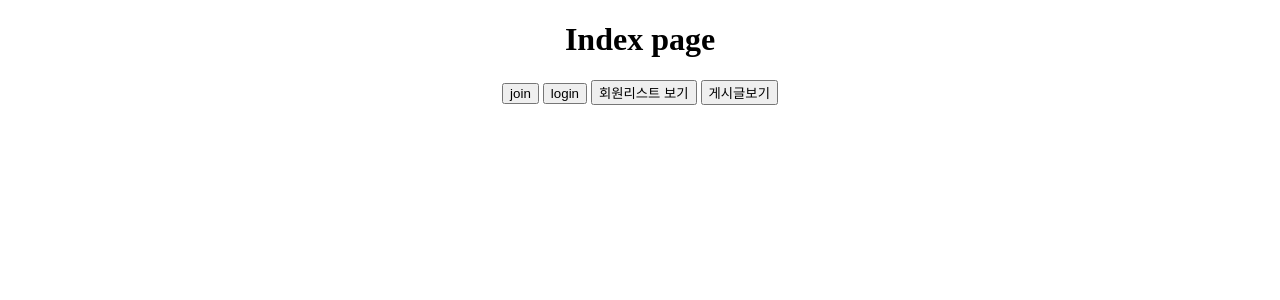
Repository: WoodongMaster/JSP_Workspace
Page: http://localhost/jsp_project/mem/login_auth
An editor plug-in stored every save of this project. The page is shown before and after the next save, followed by the edit.
The browser window is 1280 px wide. The pictures show the whole page.
The page is served by Tomcat 9. Queries for data that is not in the repository find no rows.

Above is the page before, as saved 2023-05-17 05:57:16.

After the next save:
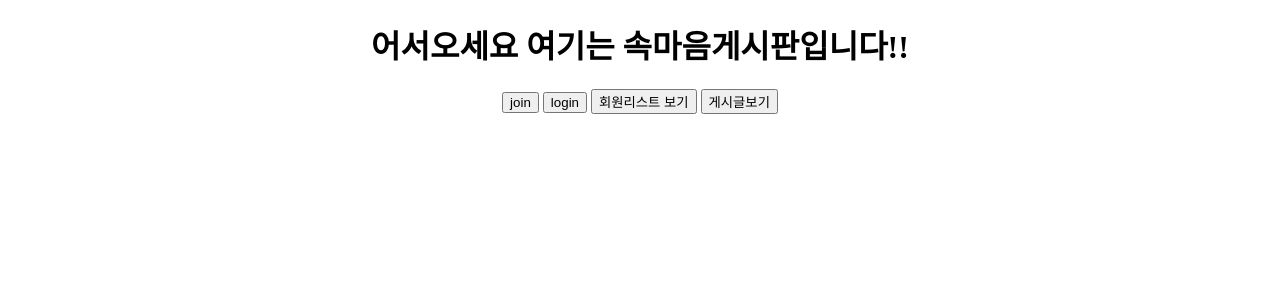
Saved 5 min 20 s later.
--- a/jsp_project3/jsp_project/src/main/webapp/index.jsp
+++ b/jsp_project3/jsp_project/src/main/webapp/index.jsp
@@ -8,7 +8,7 @@
 <title>Index</title>
 </head>
 <body align = "center">
-	<h1>Index page</h1>
+	<h1>어서오세요 여기는 속마음게시판입니다!!</h1>
 
 	<c:if test="${ses.id ne null}">
 		${ses.id}님이 login 하였습니다. <br>
